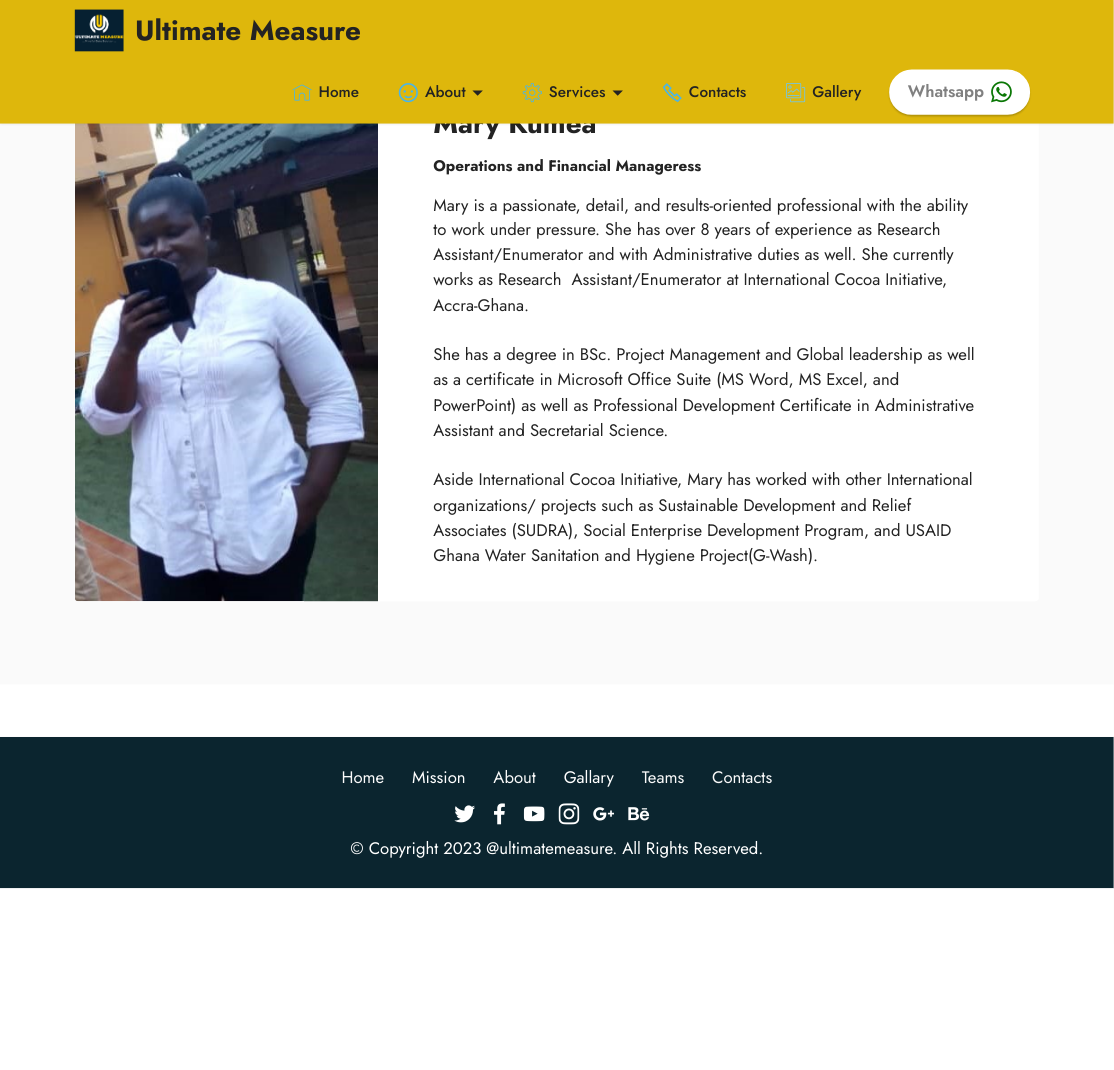
Repository: Saviour-Dagadu/ultMeasure
Page: page5.html
These files come from the project's save history. The page is drawn as it stood at one moment and after a run of saves; the edit follows.
The browser window is 1280 px wide. The pictures show the whole page, at 87% of full size.

Above is the page before, as saved 2023-03-28 11:51:52.

### page5.html
<!DOCTYPE html>
<html  >
<head>
  <!-- Site made with Mobirise Website Builder v5.6.13, https://mobirise.com -->
  <meta charset="UTF-8">
  <meta http-equiv="X-UA-Compatible" content="IE=edge">
  <meta name="generator" content="Mobirise v5.6.13, mobirise.com">
  <meta name="twitter:card" content="summary_large_image"/>
  <meta name="twitter:image:src" content="">
  <meta property="og:image" content="">
  <meta name="twitter:title" content="UltimateMeasure_Mary_Profile">
  <meta name="viewport" content="width=device-width, initial-scale=1, minimum-scale=1">
  <link rel="shortcut icon" href="assets/images/ultimate-logo-1.jpeg" type="image/x-icon">
  <meta name="description" content="">


  <title>UltimateMeasure_Mary_Profile</title>
  <link rel="stylesheet" href="assets/web/assets/mobirise-icons2/mobirise2.css">
  <link rel="stylesheet" href="assets/web/assets/mobirise-icons/mobirise-icons.css">
  <link rel="stylesheet" href="assets/bootstrap/css/bootstrap.min.css">
  <link rel="stylesheet" href="assets/bootstrap/css/bootstrap-grid.min.css">
  <link rel="stylesheet" href="assets/bootstrap/css/bootstrap-reboot.min.css">
  <link rel="stylesheet" href="assets/animatecss/animate.css">
  <link rel="stylesheet" href="assets/dropdown/css/style.css">
  <link rel="stylesheet" href="assets/socicon/css/styles.css">
  <link rel="stylesheet" href="assets/theme/css/style.css">
  <link rel="preload" href="https://fonts.googleapis.com/css?family=Jost:100,200,300,400,500,600,700,800,900,100i,200i,300i,400i,500i,600i,700i,800i,900i&display=swap" as="style" onload="this.onload=null;this.rel='stylesheet'">
  <noscript><link rel="stylesheet" href="https://fonts.googleapis.com/css?family=Jost:100,200,300,400,500,600,700,800,900,100i,200i,300i,400i,500i,600i,700i,800i,900i&display=swap"></noscript>
  <link rel="preload" as="style" href="assets/mobirise/css/mbr-additional.css"><link rel="stylesheet" href="assets/mobirise/css/mbr-additional.css" type="text/css">




</head>
<body>

  <section data-bs-version="5.1" class="team2 cid-twdhNmODOZ" xmlns="http://www.w3.org/1999/html" id="team2-h">




    <div class="container">
        <div class="card">
            <div class="card-wrapper">
                <div class="row align-items-center">
                    <div class="col-12 col-md-4">
                        <div class="image-wrapper">
                            <img src="assets/images/mary.jpg" alt="Mobirise Website Builder">
                        </div>
                    </div>
                    <div class="col-12 col-md">
                        <div class="card-box">
                            <h5 class="card-title mbr-fonts-style m-0 mb-3 display-5"><strong>Mary Kumea</strong></h5>
                            <h6 class="card-subtitle mbr-fonts-style mb-3 display-4">
<div><strong>Operations and Financial Manageress&nbsp;</strong></div></h6>
                            <p class="mbr-text mbr-fonts-style display-7">Mary is a passionate, detail, and results-oriented professional with the ability to work under pressure. She has over 8 years of experience as Research Assistant/Enumerator and with Administrative duties as well. She currently works as Research&nbsp; Assistant/Enumerator at International Cocoa Initiative, Accra-Ghana.&nbsp;<br><br>She has a degree in BSc. Project Management and Global leadership as well as a certificate in Microsoft Office Suite (MS Word, MS Excel, and PowerPoint) as well as Professional Development Certificate in Administrative Assistant and Secretarial Science.<br><br>Aside International Cocoa Initiative, Mary has worked with other International organizations/ projects such as Sustainable Development and Relief Associates (SUDRA), Social Enterprise Development Program, and USAID Ghana Water Sanitation and Hygiene Project(G-Wash).</p>

                        </div>
                    </div>
                </div>
            </div>
        </div>


    </div>
</section>

<section data-bs-version="5.1" class="menu menu2 cid-tyiJ5LKivl" once="menu" id="menu2-3p">

    <nav class="navbar navbar-dropdown navbar-fixed-top navbar-expand-lg">
        <div class="container">
            <div class="navbar-brand">
                <span class="navbar-logo">
                    <a href="index.html#header14-1f">
                        <img src="assets/images/ultimate-logo-1.jpeg" alt="Mobirise Website Builder" style="height: 3rem;">
                    </a>
                </span>
                <span class="navbar-caption-wrap"><a class="navbar-caption text-black text-primary display-5" href="index.html#header14-1f">Ultimate Measure<br></a></span>
            </div>
            <button class="navbar-toggler" type="button" data-toggle="collapse" data-bs-toggle="collapse" data-target="#navbarSupportedContent" data-bs-target="#navbarSupportedContent" aria-controls="navbarNavAltMarkup" aria-expanded="false" aria-label="Toggle navigation">
                <div class="hamburger">
                    <span></span>
                    <span></span>
                    <span></span>
                    <span></span>
                </div>
            </button>
            <div class="collapse navbar-collapse" id="navbarSupportedContent">
                <ul class="navbar-nav nav-dropdown" data-app-modern-menu="true"><li class="nav-item"><a class="nav-link link text-black text-primary display-4" href="index.html#header14-1f"><span class="mbri-home mbr-iconfont mbr-iconfont-btn" style="color: rgb(71, 181, 237);"></span>Home</a></li>
                    <li class="nav-item dropdown"><a class="nav-link link text-black dropdown-toggle display-4" href="index.html#header14-1j" data-toggle="dropdown-submenu" data-bs-toggle="dropdown" data-bs-auto-close="outside" aria-expanded="false"><span class="mobi-mbri mobi-mbri-smile-face mbr-iconfont mbr-iconfont-btn" style="color: rgb(71, 181, 237);"></span>About</a><div class="dropdown-menu" aria-labelledby="dropdown-980"><a class="text-black dropdown-item text-primary display-4" href="page10.html">About Us</a><a class="text-black show dropdown-item text-primary display-4" href="page12.html">Mission</a><a class="text-black dropdown-item text-primary display-4" href="page12.html">Vission</a><a class="text-black show dropdown-item text-primary display-4" href="page11.html">Our Team</a></div></li>
                    <li class="nav-item dropdown"><a class="nav-link link text-black text-primary dropdown-toggle display-4" href="page6.html" data-toggle="dropdown-submenu" data-bs-toggle="dropdown" data-bs-auto-close="outside" aria-expanded="false"><span class="mbri-setting3 mbr-iconfont mbr-iconfont-btn" style="color: rgb(71, 181, 237);"></span>Services</a><div class="dropdown-menu" aria-labelledby="dropdown-109"><a class="text-black text-primary show dropdown-item display-4" href="page6.html">Our Services</a><a class="text-black text-primary dropdown-item display-4" href="page13.html">Training</a><a class="text-black text-primary show dropdown-item display-4" href="page13.html">Research</a></div></li><li class="nav-item"><a class="nav-link link text-black text-primary display-4" href="page7.html"><span class="mobi-mbri mobi-mbri-phone mbr-iconfont mbr-iconfont-btn" style="color: rgb(71, 181, 237);"></span>Contacts</a></li><li class="nav-item"><a class="nav-link link text-black text-primary display-4" href="page9.html"><span class="mbri-photos mbr-iconfont mbr-iconfont-btn" style="color: rgb(110, 199, 242);"></span>Gallery</a></li></ul>

                <div class="navbar-buttons mbr-section-btn"><a class="btn btn-primary display-7" href="https://wa.me/233577313517"><span class="socicon socicon-whatsapp mbr-iconfont mbr-iconfont-btn" style="color: rgb(10, 119, 5);"></span>Whatsapp</a></div>
            </div>
        </div>
    </nav>
</section>

<section data-bs-version="5.1" class="footer3 cid-tyiUsSvvE8" once="footers" id="footer3-3x">





    <div class="container-fluid">
        <div class="row align-center mbr-white">
            <div class="row row-links">
                <ul class="foot-menu">





                <li class="foot-menu-item mbr-fonts-style display-7"><a href="index.html#header14-1f" class="text-white text-primary">Home</a></li><li class="foot-menu-item mbr-fonts-style display-7"><a href="page12.html" class="text-primary">Mission</a></li><li class="foot-menu-item mbr-fonts-style display-7"><a href="page10.html" class="text-white text-primary">About</a></li><li class="foot-menu-item mbr-fonts-style display-7"><a href="page9.html" class="text-primary">Gallary</a></li><li class="foot-menu-item mbr-fonts-style display-7"><a href="page11.html" class="text-white text-primary">Teams</a></li><li class="foot-menu-item mbr-fonts-style display-7"><a href="page7.html" class="text-white text-primary">Contacts</a></li></ul>
            </div>
            <div class="row social-row">
                <div class="social-list align-right pb-2">






                <div class="soc-item">
                        <a href="https://twitter.com/ultmeasure" target="_blank">
                            <span class="mbr-iconfont mbr-iconfont-social socicon-twitter socicon"></span>
                        </a>
                    </div><div class="soc-item">
                        <a href="https://www.facebook.com" target="_blank">
                            <span class="mbr-iconfont mbr-iconfont-social socicon-facebook socicon"></span>
                        </a>
                    </div><div class="soc-item">
                        <a href="https://www.youtube.com" target="_blank">
                            <span class="mbr-iconfont mbr-iconfont-social socicon-youtube socicon"></span>
                        </a>
                    </div><div class="soc-item">
                        <a href="https://instagram.com" target="_blank">
                            <span class="mbr-iconfont mbr-iconfont-social socicon-instagram socicon"></span>
                        </a>
                    </div><div class="soc-item">
                        <a href="https://plus.google.com" target="_blank">
                            <span class="mbr-iconfont mbr-iconfont-social socicon-googleplus socicon"></span>
                        </a>
                    </div><div class="soc-item">
                        <a href="https://www.behance.net" target="_blank">
                            <span class="mbr-iconfont mbr-iconfont-social socicon-behance socicon"></span>
                        </a>
                    </div></div>
            </div>
            <div class="row row-copirayt">
                <p class="mbr-text mb-0 mbr-fonts-style mbr-white align-center display-7">
                    © Copyright 2023 @ultimatemeasure. All Rights Reserved.
                </p>
            </div>
        </div>
    </div>
</section><section class="display-7" style="padding: 0;align-items: center;justify-content: center;flex-wrap: wrap;    align-content: center;display: flex;position: relative;height: 4rem;"><a href="https://mobiri.se/2735054" style="flex: 1 1;height: 4rem;position: absolute;width: 100%;z-index: 1;"><img alt="" style="height: 4rem;" src="data:[embedded picture, 82 characters]"></a><p style="margin: 0;text-align: center;" class="display-7">&#8204;</p><a style="z-index:1" href="https://mobirise.com"></a></section><script src="assets/bootstrap/js/bootstrap.bundle.min.js"></script>  <script src="assets/smoothscroll/smooth-scroll.js"></script>  <script src="assets/ytplayer/index.js"></script>  <script src="assets/dropdown/js/navbar-dropdown.js"></script>  <script src="assets/theme/js/script.js"></script>


  <input name="animation" type="hidden">
  </body>
</html>

### assets/web/assets/mobirise-icons/mobirise-icons.css
@font-face {
  font-family: 'MobiriseIcons';
  src:  url('mobirise-icons.eot?spat4u');
  src:  url('mobirise-icons.eot?spat4u#iefix') format('embedded-opentype'),
    url('mobirise-icons.ttf?spat4u') format('truetype'),
    url('mobirise-icons.woff?spat4u') format('woff'),
    url('mobirise-icons.svg?spat4u#MobiriseIcons') format('svg');
  font-weight: normal;
  font-style: normal;
  font-display: swap;
}

[class^="mbri-"], [class*=" mbri-"] {
  /* use !important to prevent issues with browser extensions that change fonts */
  font-family: MobiriseIcons !important;
  speak: none;
  font-style: normal;
  font-weight: normal;
  font-variant: normal;
  text-transform: none;
  line-height: 1;

  /* Better Font Rendering =========== */
  -webkit-font-smoothing: antialiased;
  -moz-osx-font-smoothing: grayscale;
}

.mbri-add-submenu:before {
  content: "\e900";
}
.mbri-alert:before {
  content: "\e901";
}
.mbri-align-center:before {
  content: "\e902";
}
.mbri-align-justify:before {
  content: "\e903";
}
.mbri-align-left:before {
  content: "\e904";
}
.mbri-align-right:before {
  content: "\e905";
}
.mbri-android:before {
  content: "\e906";
}
.mbri-apple:before {
  content: "\e907";
}
.mbri-arrow-down:before {
  content: "\e908";
}
.mbri-arrow-next:before {
  content: "\e909";
}
.mbri-arrow-prev:before {
  content: "\e90a";
}
.mbri-arrow-up:before {
  content: "\e90b";
}
.mbri-bold:before {
  content: "\e90c";
}
.mbri-bookmark:before {
  content: "\e90d";
}
.mbri-bootstrap:before {
  content: "\e90e";
}
.mbri-briefcase:before {
  content: "\e90f";
}
.mbri-browse:before {
  content: "\e910";
}
.mbri-bulleted-list:before {
  content: "\e911";
}
.mbri-calendar:before {
  content: "\e912";
}
.mbri-camera:before {
  content: "\e913";
}
.mbri-cart-add:before {
  content: "\e914";
}
.mbri-cart-full:before {
  content: "\e915";
}
.mbri-cash:before {
  content: "\e916";
}
.mbri-change-style:before {
  content: "\e917";
}
.mbri-chat:before {
  content: "\e918";
}
.mbri-clock:before {
  content: "\e919";
}
.mbri-close:before {
  content: "\e91a";
}
.mbri-cloud:before {
  content: "\e91b";
}
.mbri-code:before {
  content: "\e91c";
}
.mbri-contact-form:before {
  content: "\e91d";
}
.mbri-credit-card:before {
  content: "\e91e";
}
.mbri-cursor-click:before {
  content: "\e91f";
}
.mbri-cust-feedback:before {
  content: "\e920";
}
.mbri-database:before {
  content: "\e921";
}
.mbri-delivery:before {
  content: "\e922";
}
.mbri-desktop:before {
  content: "\e923";
}
.mbri-devices:before {
  content: "\e924";
}
.mbri-down:before {
  content: "\e925";
}
.mbri-download:before {
  content: "\e989";
}
.mbri-drag-n-drop:before {
  content: "\e927";
}
.mbri-drag-n-drop2:before {
  content: "\e928";
}
.mbri-edit:before {
  content: "\e929";
}
.mbri-edit2:before {
  content: "\e92a";
}
.mbri-error:before {
  content: "\e92b";
}
.mbri-extension:before {
  content: "\e92c";
}
.mbri-features:before {
  content: "\e92d";
}
.mbri-file:before {
  content: "\e92e";
}
.mbri-flag:before {
  content: "\e92f";
}
.mbri-folder:before {
  content: "\e930";
}
.mbri-gift:before {
  content: "\e931";
}
.mbri-github:before {
  content: "\e932";
}
.mbri-globe:before {
  content: "\e933";
}
.mbri-globe-2:before {
  content: "\e934";
}
.mbri-growing-chart:before {
  content: "\e935";
}
.mbri-hearth:before {
  content: "\e936";
}
.mbri-help:before {
  content: "\e937";
}
.mbri-home:before {
  content: "\e938";
}
.mbri-hot-cup:before {
  content: "\e939";
}
.mbri-idea:before {
  content: "\e93a";
}
.mbri-image-gallery:before {
  content: "\e93b";
}
.mbri-image-slider:before {
  content: "\e93c";
}
.mbri-info:before {
  content: "\e93d";
}
.mbri-italic:before {
  content: "\e93e";
}
.mbri-key:before {
  content: "\e93f";
}
.mbri-laptop:before {
  content: "\e940";
}
.mbri-layers:before {
  content: "\e941";
}
.mbri-left-right:before {
  content: "\e942";
}
.mbri-left:before {
  content: "\e943";
}
.mbri-letter:before {
  content: "\e944";
}
.mbri-like:before {
  content: "\e945";
}
.mbri-link:before {
  content: "\e946";
}
.mbri-lock:before {
  content: "\e947";
}
.mbri-login:before {
  content: "\e948";
}
.mbri-logout:before {
  content: "\e949";
}
.mbri-magic-stick:before {
  content: "\e94a";
}
.mbri-map-pin:before {
  content: "\e94b";
}
.mbri-menu:before {
  content: "\e94c";
}
.mbri-mobile:before {
  content: "\e94d";
}
.mbri-mobile2:before {
  content: "\e94e";
}
.mbri-mobirise:before {
  content: "\e94f";
}
.mbri-more-horizontal:before {
  content: "\e950";
}
.mbri-more-vertical:before {
  content: "\e951";
}
.mbri-music:before {
  content: "\e952";
}
.mbri-new-file:before {
  content: "\e953";
}
.mbri-numbered-list:before {
  content: "\e954";
}
.mbri-opened-folder:before {
  content: "\e955";
}
.mbri-pages:before {
  content: "\e956";
}
.mbri-paper-plane:before {
  content: "\e957";
}
.mbri-paperclip:before {
  content: "\e958";
}
.mbri-photo:before {
  content: "\e959";
}
.mbri-photos:before {
  content: "\e95a";
}
.mbri-pin:before {
  content: "\e95b";
}
.mbri-play:before {
  content: "\e95c";
}
.mbri-plus:before {
  content: "\e95d";
}
.mbri-preview:before {
  content: "\e95e";
}
.mbri-print:before {
  content: "\e95f";
}
.mbri-protect:before {
  content: "\e960";
}
.mbri-question:before {
  content: "\e961";
}
.mbri-quote-left:before {
  content: "\e962";
}
.mbri-quote-right:before {
  content: "\e963";
}
.mbri-refresh:before {
  content: "\e964";
}
.mbri-responsive:before {
  content: "\e965";
}
.mbri-right:before {
  content: "\e966";
}
.mbri-rocket:before {
  content: "\e967";
}
.mbri-sad-face:before {
  content: "\e968";
}
.mbri-sale:before {
  content: "\e969";
}
.mbri-save:before {
  content: "\e96a";
}
.mbri-search:before {
  content: "\e96b";
}
.mbri-setting:before {
  content: "\e96c";
}
.mbri-setting2:before {
  content: "\e96d";
}
.mbri-setting3:before {
  content: "\e96e";
}
.mbri-share:before {
  content: "\e96f";
}
.mbri-shopping-bag:before {
  content: "\e970";
}
.mbri-shopping-basket:before {
  content: "\e971";
}
.mbri-shopping-cart:before {
  content: "\e972";
}
.mbri-sites:before {
  content: "\e973";
}
.mbri-smile-face:before {
  content: "\e974";
}
.mbri-speed:before {
  content: "\e975";
}
.mbri-star:before {
  content: "\e976";
}
.mbri-success:before {
  content: "\e977";
}
.mbri-sun:before {
  content: "\e978";
}
.mbri-sun2:before {
  content: "\e979";
}
.mbri-tablet:before {
  content: "\e97a";
}
.mbri-tablet-vertical:before {
  content: "\e97b";
}
.mbri-target:before {
  content: "\e97c";
}
.mbri-timer:before {
  content: "\e97d";
}
.mbri-to-ftp:before {
  content: "\e97e";
}
.mbri-to-local-drive:before {
  content: "\e97f";
}
.mbri-touch-swipe:before {
  content: "\e980";
}
.mbri-touch:before {
  content: "\e981";
}
.mbri-trash:before {
  content: "\e982";
}
.mbri-underline:before {
  content: "\e983";
}
.mbri-unlink:before {
  content: "\e984";
}
.mbri-unlock:before {
  content: "\e985";
}
.mbri-up-down:before {
  content: "\e986";
}
.mbri-up:before {
  content: "\e987";
}
.mbri-update:before {
  content: "\e988";
}
.mbri-upload:before {
 content: "\e926";
}
.mbri-user:before {
  content: "\e98a";
}
.mbri-user2:before {
  content: "\e98b";
}
.mbri-users:before {
  content: "\e98c";
}
.mbri-video:before {
  content: "\e98d";
}
.mbri-video-play:before {
  content: "\e98e";
}
.mbri-watch:before {
  content: "\e98f";
}
.mbri-website-theme:before {
  content: "\e990";
}
.mbri-wifi:before {
  content: "\e991";
}
.mbri-windows:before {
  content: "\e992";
}
.mbri-zoom-out:before {
  content: "\e993";
}
.mbri-redo:before {
  content: "\e994";
}
.mbri-undo:before {
  content: "\e995";
}

Loaded but not shown: assets/bootstrap/css/bootstrap.min.css (library); assets/bootstrap/css/bootstrap-grid.min.css (library); assets/bootstrap/css/bootstrap-reboot.min.css (library); assets/animatecss/animate.css (library); assets/mobirise/css/mbr-additional.css (library); assets/bootstrap/js/bootstrap.bundle.min.js (library); assets/smoothscroll/smooth-scroll.js (library); assets/ytplayer/index.js (library); assets/theme/js/script.js (library); assets/dropdown/js/navbar-dropdown.js (7 lines, source omitted); assets/socicon/css/styles.css (934 lines, source omitted); assets/theme/css/style.css (961 lines, source omitted); assets/web/assets/mobirise-icons2/mobirise2.css (498 lines, source omitted); assets/dropdown/css/style.css (263 lines, source omitted)

After the next 3 saves:
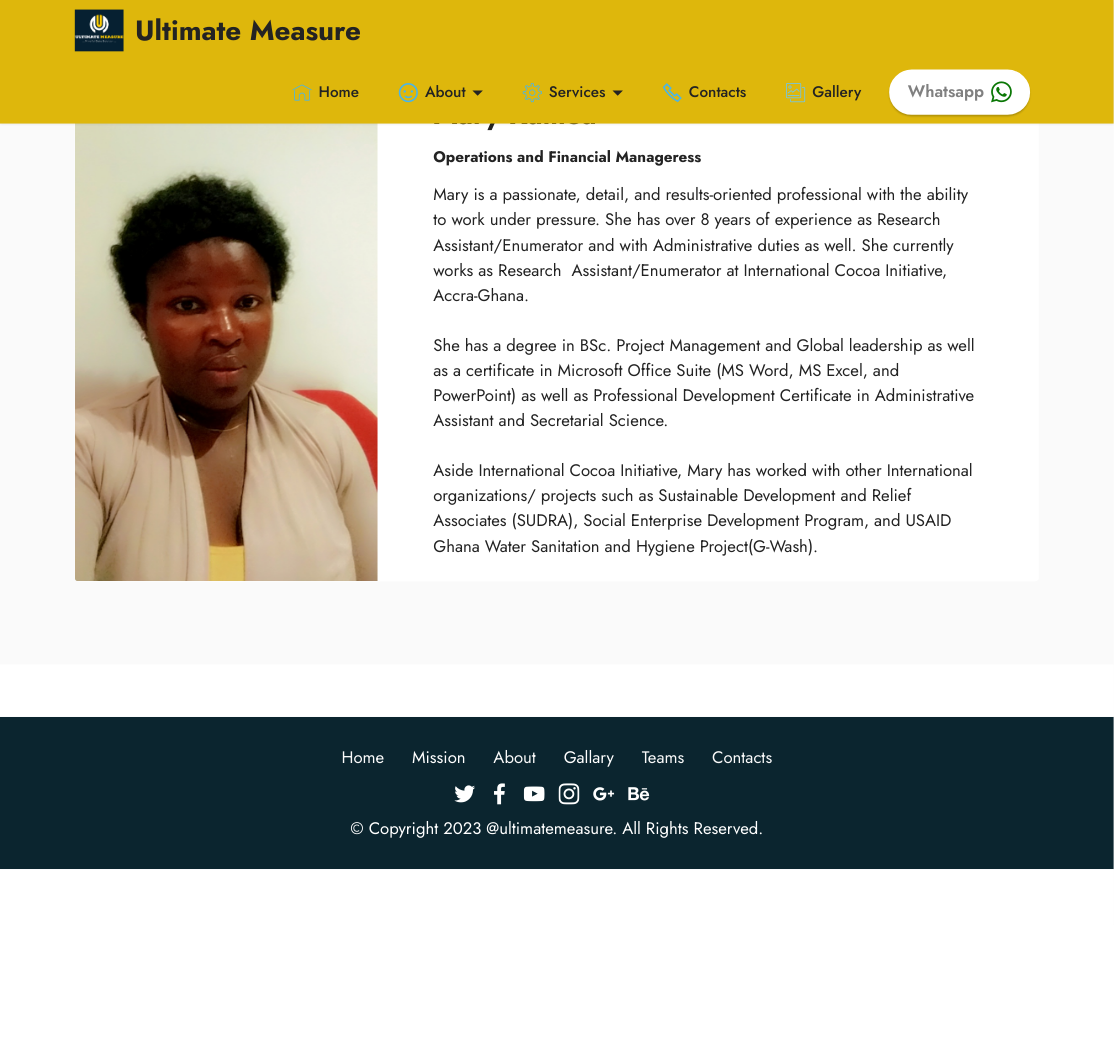
The 3 saves are shown as one change because they came seconds apart.
The last was saved 54 s later.
--- a/page5.html
+++ b/page5.html
@@ -45,7 +45,7 @@
                 <div class="row align-items-center">
                     <div class="col-12 col-md-4">
                         <div class="image-wrapper">
-                            <img src="assets/images/mary.jpg" alt="Mobirise Website Builder">
+                            <img src="assets/images/MaryUltimate.jpeg" alt="Mobirise Website Builder">
                         </div>
                     </div>
                     <div class="col-12 col-md">
